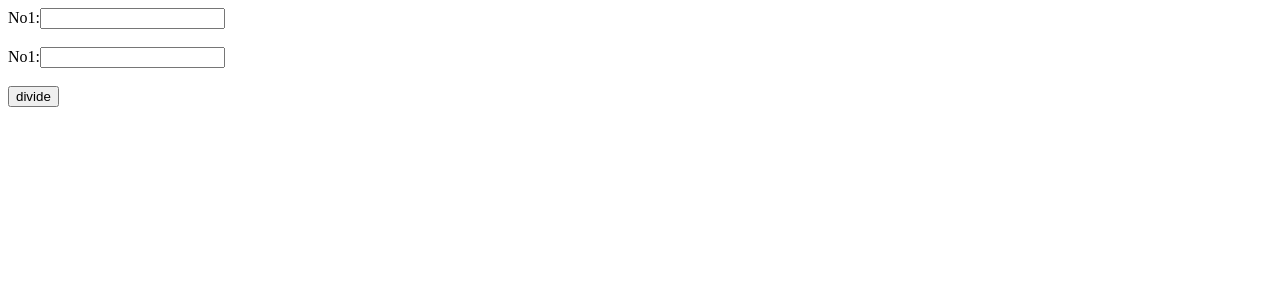
Repository: diegosena7/EstudosJSP
Page: http://localhost/UsandoTagForward_JSP/indexException.jsp
An editor plug-in stored every save of this project. The page is shown before and after the next save, followed by the edit.
The browser window is 1280 px wide. The pictures show the whole page.
The page is served by Tomcat 9.

Above is the page before, as saved 2021-07-02 01:05:10.

### UsandoTagForward_JSP/WebContent/indexException.jsp
<form action="process.jsp">
No1:<input type="text" name="numero1" /><br/><br/>
No1:<input type="text" name="numero2" /><br/><br/>
<input type="submit" value="divide"/></form>

After the next save:
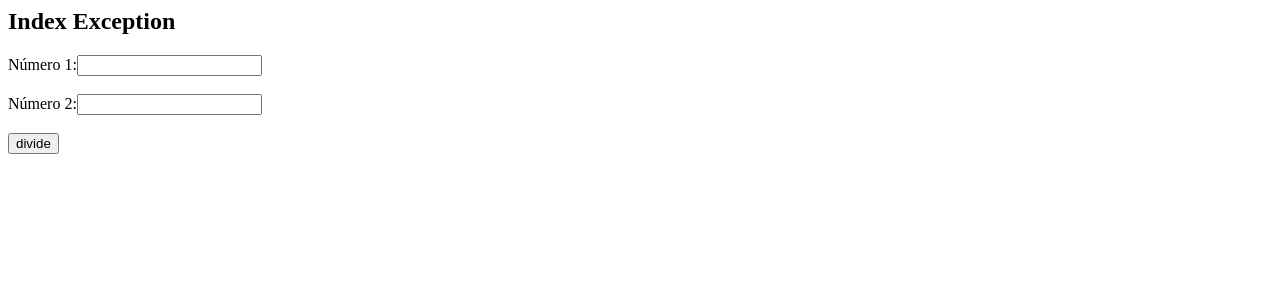
Saved 2 min 53 s later.
--- a/UsandoTagForward_JSP/WebContent/indexException.jsp
+++ b/UsandoTagForward_JSP/WebContent/indexException.jsp
@@ -1,4 +1,13 @@
+<html lang="pt-br">
+<head>
+<meta charset="utf-8">
+<title>JSP - Exception</title>
+</head>
+<body>
+<h2>Index Exception</h2>
 <form action="process.jsp">
-No1:<input type="text" name="numero1" /><br/><br/>
-No1:<input type="text" name="numero2" /><br/><br/>
+Número 1:<input type="text" name="numero1" /><br/><br/>
+Número 2:<input type="text" name="numero2" /><br/><br/>
 <input type="submit" value="divide"/></form>
+</body>
+</html>
